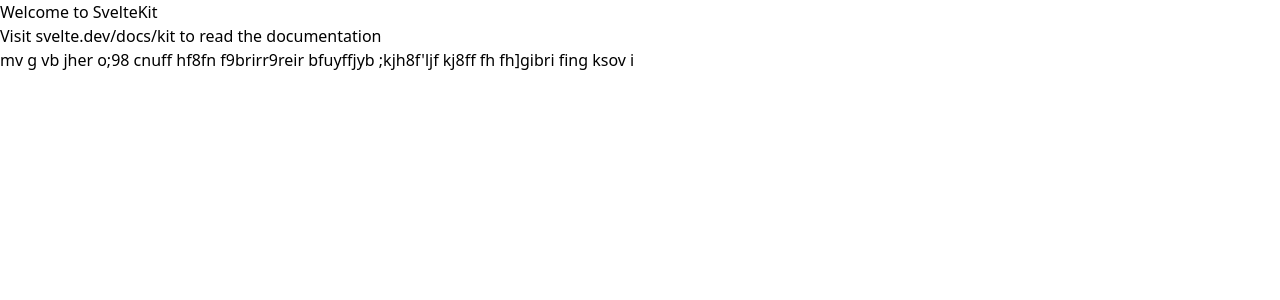
Repository: zishandeshmukh/jdtm
Page: / (app in frontend/)
An editor plug-in stored every save of this project. The page is shown before and after a run of saves, followed by the edit.
The browser window is 1280 px wide. The pictures show the whole page.
The project was rebuilt for these pictures with package versions that can differ from the ones it lists, and the page was loaded fresh each time. The framework's server and built-in components were replaced by stand-ins that run in the browser. Also part of the build but not shown: frontend/svelte.config.js, frontend/vite.config.js.

Above is the page before, as saved 2024-11-03 01:17:00.

After the next 2 saves:
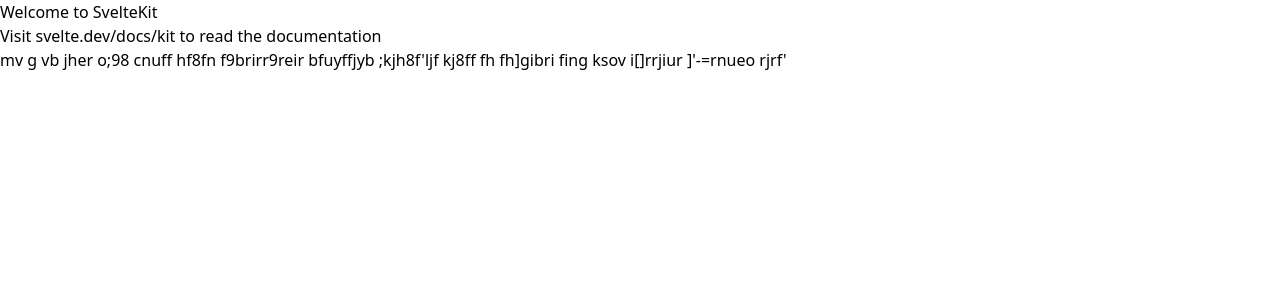
The 2 saves are shown as one change because they came seconds apart.
The last was saved 9 s later.
--- a/frontend/src/routes/+page.svelte
+++ b/frontend/src/routes/+page.svelte
@@ -2,4 +2,5 @@
 <p>Visit <a href="https://svelte.dev/docs/kit">svelte.dev/docs/kit</a> to read the documentation</p>
 mv  g vb jher o;98 cnuff  hf8fn f9brirr9reir bfuyffjyb ;kjh8f'ljf
 kj8ff
-fh fh]gibri fing ksov i
+fh fh]gibri fing ksov i[]rrjiur ]'-=rnueo
+rjrf'
